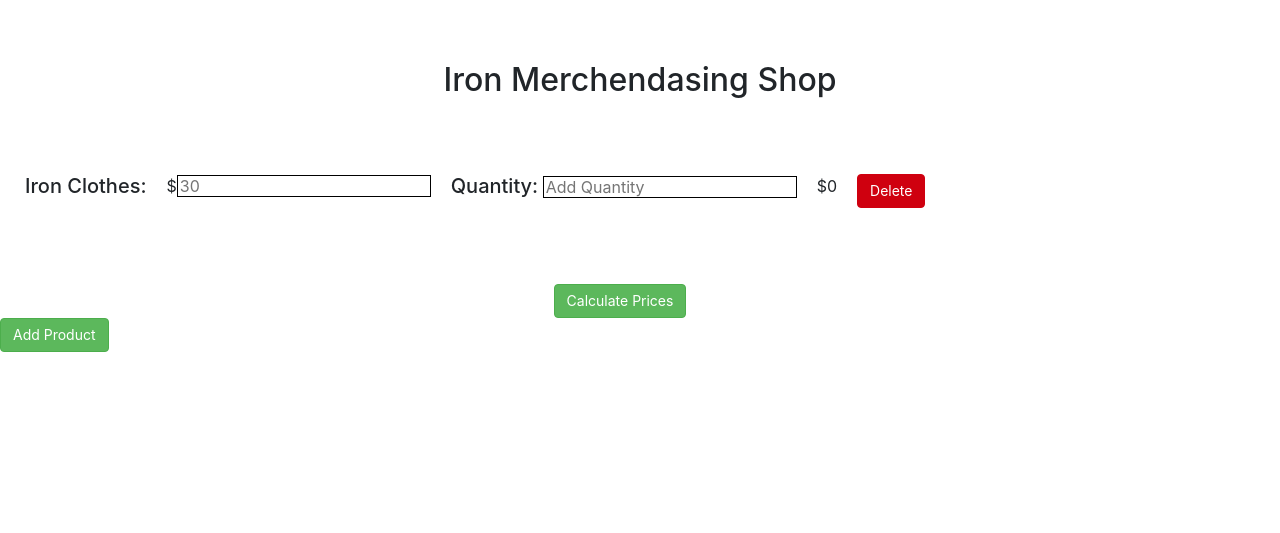
Repository: konstantin0s/lab-cart-DOM
Page: index.html
These files come from the project's save history. The page is drawn as it stood at one moment and after the next save; the edit follows.
The browser window is 1280 px wide. The pictures show the whole page.
Some web libraries are served in a nearby version.

Above is the page before, as saved 2019-02-02 08:30:21.
Console error: ReferenceError: crea is not defined

### index.html
<!DOCTYPE html>
<html lang="en">
<head>
  <meta charset="UTF-8">
  <meta name="viewport" content="width=device-width, initial-scale=1.0">
  <meta http-equiv="X-UA-Compatible" content="ie=edge">
  <link rel="stylesheet" href="https://stackpath.bootstrapcdn.com/bootstrap/4.2.1/css/bootstrap.min.css">
  <link rel="stylesheet" href="https://cdnjs.cloudflare.com/ajax/libs/normalize/5.0.0/normalize.min.css">
  <link rel="stylesheet" href="./css/style.css">
  <title>Ironhack cart</title>
</head>

<body>
  <h1  class="title">Iron Merchendasing Shop</h1>

  <div class="container mt-4"></div>


  <div class="container">
    <div class="product">
      <span class="proName">
       <h5> Iron Clothes:</h5>
      </span>
    </div>
    <div class="cost">
      <!-- <span class="costUnit">
          30
      </span> -->
      <label for="cost">
          $<input type="text" placeholder="30" id="costUnit">
      </label>
    </div>
    <div class="input">
      <label for="unit">
         <h5>Quantity:</h5>
      </label>
      <input type="text" placeholder="Add Quantity" id="quantity">
    </div>
    <div class="totalP">
      <span class="price">
        $0
      </span>
    </div>

    <div class="remove">
      <button class="button btn-delete" type="button">Delete</button>
    </div>
  </div>

    <div class="calculate">
      <button type="button" class="button btn-success" id="calc-prices-button">Calculate Prices</button>
    </div>

    <div class="addProductButton">
      <button type="button" class="button btn-success" id="addExtra">Add Product</button>
    </div>

    <div class="newRowItems">

    </div>

      <script type="text/javascript" src="./js/index.js"></script>

</body>
</html>

### css/style.css

body{
  background-color: rgb(red, green, blue)
}

.title {
  text-align: center;
  padding: 40px;
}

.container {
  display: flex;
  margin-right: 230px;
}

input {
  border: solid 1px black;
}

.button {
  display: inline-block;
  padding: 6px 12px;
  margin-bottom: 0;
  font-size: 14px;
  font-weight: 400;
  line-height: 1.42857143;
  text-align: center;
  white-space: nowrap;
  vertical-align: middle;
  -ms-touch-action: manipulation;
  touch-action: manipulation;
  cursor: pointer;
  -webkit-user-select: none;
  -moz-user-select: none;
  -ms-user-select: none;
  user-select: none;
  background-image: none;
  border: 1px solid transparent;
  border-radius: 4px;
}

.btn-success {
    color: #fff;
    background-color: #5cb85c;
    border-color: #4cae4c;
}

.product {
  margin: 10px;

}

.cost {
  margin: 10px;

}

.input {
  margin: 10px;
}

.totalP {
  margin: 10px;
}

.calculate {
  display: flex;
  flex-direction: column;
  align-items: center;
  margin-top: 60px;
  margin-left: -40px;
}

.remove {
  margin: 10px;
}

.btn-delete {
    color: #fff;
    background-color: #CF000F;
    border-color: #CF000F;
}

.quantity {
  margin: 0px 5px;
  height: 30px;
}

.newRowItems {
  display: flex;
  flex-direction: column;

}

.newRowItems p{
 position: relative;
 top: -40px;
 left: 175px;
}

.newRowItems h5{
  position: relative;
  top: 0px;
  left: 20px;
 }

 .newRowItems input{
  position: relative;
  top: -91px;
  left: 190px;
 }

### js/index.js


  document.getElementById("calc-prices-button").addEventListener("click", getTotalPrice);
  document.getElementById("addExtra").addEventListener("click", createNewItemRow);

//         var clickedElement = event.target;
//         var parentElement = event.target.parentElement;

//         Retrieves the unit price of the product
// Retrieves the quantity of items desired
// Calculates the total price based on this data
// Updates the total price in the DOM
// getPriceByProduct();




function deleteItem(e){

}

function getPriceByProduct(itemNode){

}


function updatePriceByProduct(productPrice, index){

}

function getTotalPrice(result) {
   var getQuantity = parseInt(document.getElementById('costUnit').value);
   var getInput = parseFloat(document.getElementById('quantity').value);
   var result = getQuantity * getInput;

    if (!result) {
    document.getElementsByClassName("totalP")[0].innerHTML = "Please Enter Numbers";
  } else {
    document.getElementsByClassName("totalP")[0].innerHTML = "Total price is = $" + result;
  }
}

function createQuantityInput(){

}

function createDeleteButton(){

}

function createQuantityNode(){

}

function createItemNode(dataType, itemData){

}crea

function createNewItemRow(itemName, itemUnitPrice){
  var h1 = document.createElement("H5");                       // Create a <p> element
  itemName = document.createTextNode("Sexy Shirt: ");      // Create a text node
  h1.appendChild(itemName);                                          // Append the text to <p>
  document.getElementsByClassName("newRowItems")[0].appendChild(h1);

  var label = document.createElement("LABEL");
  var par = document.createElement("P");                       // Create a <p> element
  var dollar = document.createTextNode("$");
  par.appendChild(dollar);
  itemUnitPrice = document.createElement("INPUT");
  label.appendChild(itemUnitPrice);
  document.getElementsByClassName('newRowItems')[0].appendChild(par);
  document.getElementsByClassName('newRowItems')[0].appendChild(label);

}

function createNewItem(){

}

window.onload = function(){
  var calculatePriceButton = document.getElementById('calc-prices-button');
  var createItemButton = document.getElementById('new-item-create');
  var deleteButtons = document.getElementsByClassName('btn-delete');

  calculatePriceButton.onclick = getTotalPrice;
  createItemButton.onclick = createNewItem;

  for(var i = 0; i<deleteButtons.length ; i++){
    deleteButtons[i].onclick = deleteItem;
  }
};

After the next save:
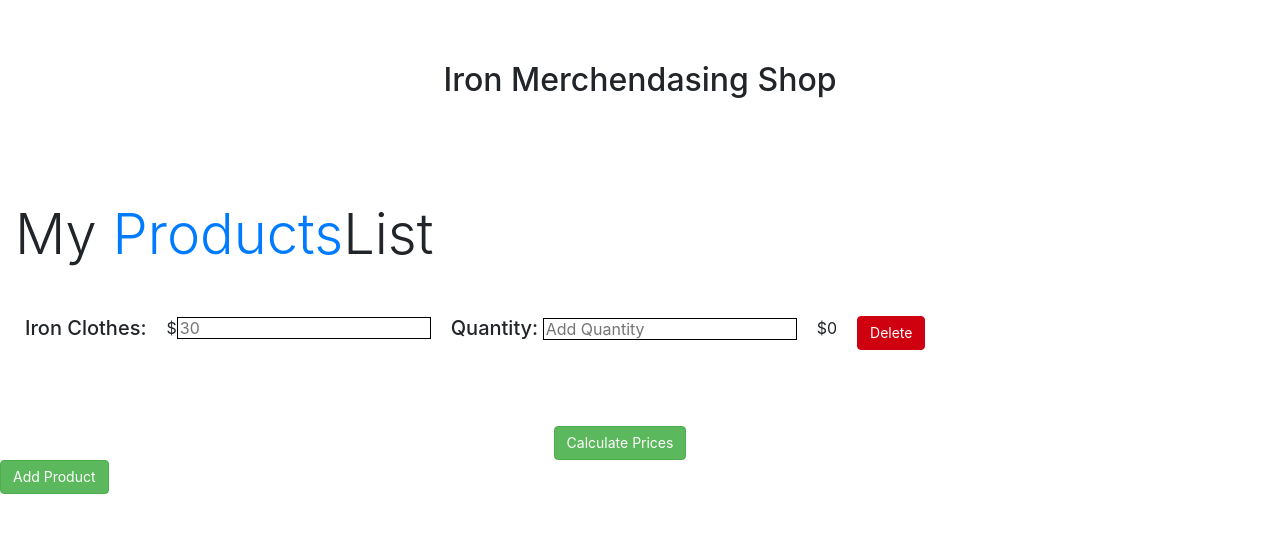
Saved 2 min 54 s later.
--- a/index.html
+++ b/index.html
@@ -13,7 +13,17 @@
 <body>
   <h1  class="title">Iron Merchendasing Shop</h1>
 
-  <div class="container mt-4"></div>
+  <div class="container mt-4">
+    <h1 class="display-4 text-center">
+      <i class="fas fa-book-open text-primary"></i>
+      My <span class="text-primary">Products</span>List
+      </h1>
+      <form action="" id="book-form">
+        <div class="form-group">
+          <label for="title"></label>
+        </div>
+      </form>
+  </div>
 
 
   <div class="container">
